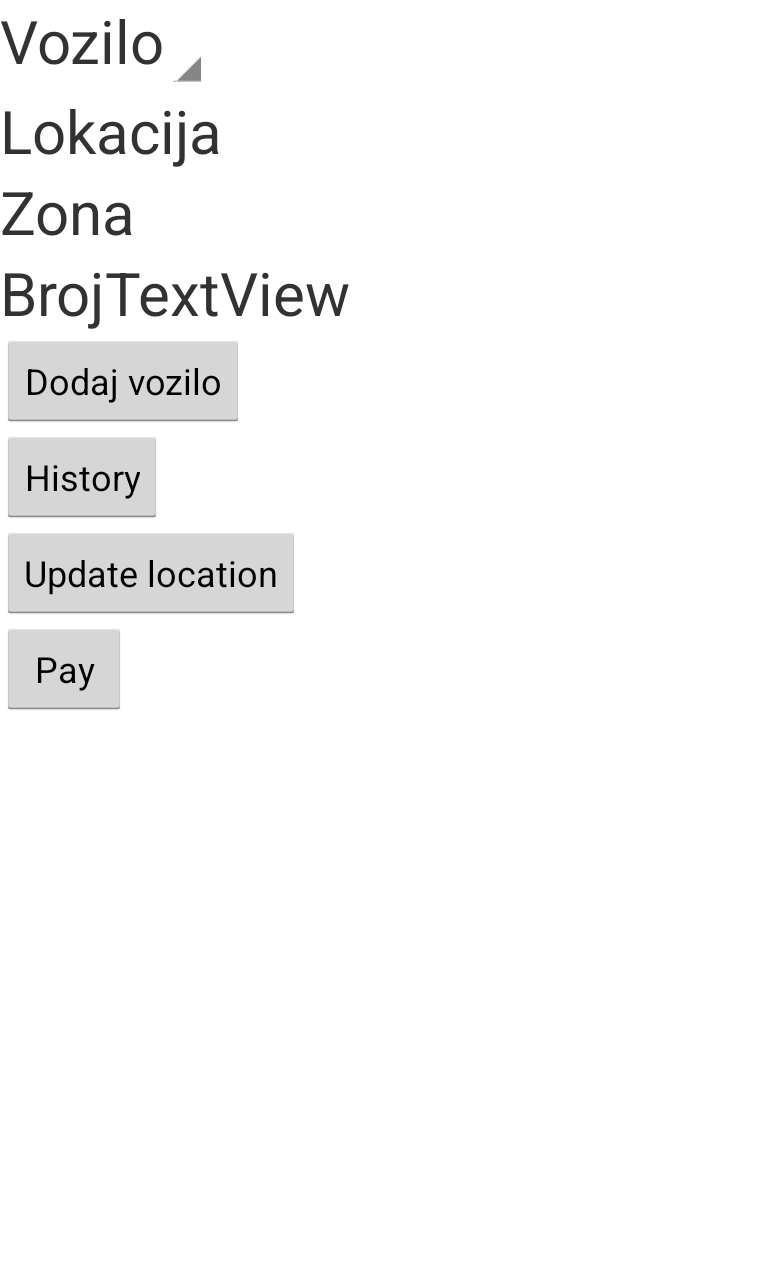
Repository: Kondorcom/GPS_parking
Layout: GPSParking/res/layout/activity_main.xml
These files come from the project's save history. The layout is drawn as it stood at one moment and after the next save; the edit follows.
It is drawn on a 768 x 1280 px phone screen (xhdpi) without system bars, with theme AppTheme; the app's code is not run. The app's manifest (not shown) leaves right-to-left support off. So textAlignment, textDirection and layoutDirection are ignored, and left and right values win over start and end ones.

Above is the layout before, as saved 2016-05-16 10:52:30.

### GPSParking/res/layout/activity_main.xml
<LinearLayout xmlns:android="http://schemas.android.com/apk/res/android"
    xmlns:tools="http://schemas.android.com/tools"
    android:layout_width="match_parent"
    android:layout_height="match_parent"
    android:layout_margin="10dp"
    android:orientation="vertical" >

    <LinearLayout
        android:layout_width="match_parent"
        android:gravity="start"
        android:layout_height="wrap_content" >

        <TextView
            android:id="@+id/textView1"
            android:layout_width="wrap_content"
            android:layout_height="wrap_content"
            android:text="Vozilo"
            android:textSize="30sp" />

        <Spinner
            android:id="@+id/spinner1"
            android:layout_width="wrap_content"
            android:layout_height="45dp" />
    </LinearLayout>

    <LinearLayout
        android:id="@+id/LinearLayout4"
        android:layout_width="match_parent"
        android:layout_height="wrap_content" >

        <TextView
            android:id="@+id/textView2"
            android:layout_width="wrap_content"
            android:layout_height="wrap_content"
            android:text="@string/lokacija"
            android:textSize="30sp" />

        <TextView
            android:id="@+id/textView4"
            android:layout_width="wrap_content"
            android:layout_height="wrap_content"
            android:layout_marginStart="10dp"
            android:layout_weight="0.04"
            android:text=""
            android:textSize="30sp" />

    </LinearLayout>

    <LinearLayout
        android:layout_width="match_parent"
        android:layout_height="wrap_content" >

        <TextView
            android:id="@+id/textView3"
            android:layout_width="wrap_content"
            android:layout_height="wrap_content"
            android:text="@string/zona"
            android:textSize="30sp" />

        <TextView
            android:id="@+id/textView5"
            android:layout_width="wrap_content"
            android:layout_height="wrap_content"
            android:layout_marginLeft="20dp"

            android:text=""
            android:textSize="30sp" />

    </LinearLayout>

    <LinearLayout
        android:layout_width="match_parent"
        android:layout_height="wrap_content" >

        <LinearLayout
            android:layout_width="wrap_content"
            android:layout_height="match_parent" >

            <TextView
                android:id="@+id/textView6"
                android:layout_width="wrap_content"
                android:layout_height="wrap_content"
                android:text="@string/broj"
                android:textSize="30sp" />
        </LinearLayout>

        <TextView
            android:id="@+id/textView7"
            android:layout_width="wrap_content"
            android:layout_height="wrap_content"
            android:text="TextView"
            android:textSize="30sp" />
    </LinearLayout>

    <LinearLayout
        android:layout_width="match_parent"
        android:layout_height="wrap_content" >

        <Button
            android:id="@+id/button5"
            android:layout_width="wrap_content"
            android:layout_height="wrap_content"
            android:text="@string/addVozilo2"
            android:onClick="gotoDodaj"
             />

    </LinearLayout>

    <LinearLayout
        android:layout_width="match_parent"
        android:layout_height="wrap_content"
        android:orientation="vertical" >

        <Button
            android:id="@+id/button2"
            android:layout_width="wrap_content"
            android:layout_height="wrap_content"
            android:onClick="gotoHistory"
            android:text="@string/history" />
    </LinearLayout>

    <Button
        android:id="@+id/button4"
        android:layout_width="wrap_content"
        android:layout_height="wrap_content"


        android:text="@string/update" />

    <LinearLayout
        android:layout_width="match_parent"
        android:layout_height="wrap_content"
        android:orientation="vertical" >

        <Button
            android:id="@+id/button3"
            android:layout_width="wrap_content"
            android:layout_height="wrap_content"
            android:text="@string/pay" />

    </LinearLayout>

</LinearLayout>

### GPSParking/res/values/strings.xml
<?xml version="1.0" encoding="utf-8"?>
<resources>

    <string name="app_name">GPS Parking</string>
    <string name="hello_world">Hello world!</string>
    <string name="action_settings">Settings</string>
    <string name="lokacija">Lokacija</string>
    <string name="Plus">+</string>
    <string name="addVozilo">Ime vozila</string>
    <string name="addTablica">Registracija</string>
    <string name="addVozilo2">Dodaj vozilo</string>
    <string name="history">History</string>
    <string name="update">Update location</string>
    <string name="pay">Pay</string>
    <string name="zona">Zona</string>
    <string name="broj">Broj</string>
    <string name="title_activity_vozilo">VoziloActivity</string>
    <string name="Vehicle">Vehicle</string>
    <string name="Plate">Plate</string>
    <string name="City">City</string>
    <string name="Zone">Zone</string>
    <string name="Date">Date</string>
    <string name="Time">Time</string>
    <string name="hint_vehicle">Vehicle name</string>
    <string name="hint_registration">Registration</string>

</resources>

Loaded but not shown: GPSParking/res/values/styles.xml (common file); GPSParking/res/values-v11/styles.xml (common file); GPSParking/res/values-v14/styles.xml (common file)

After the next save:
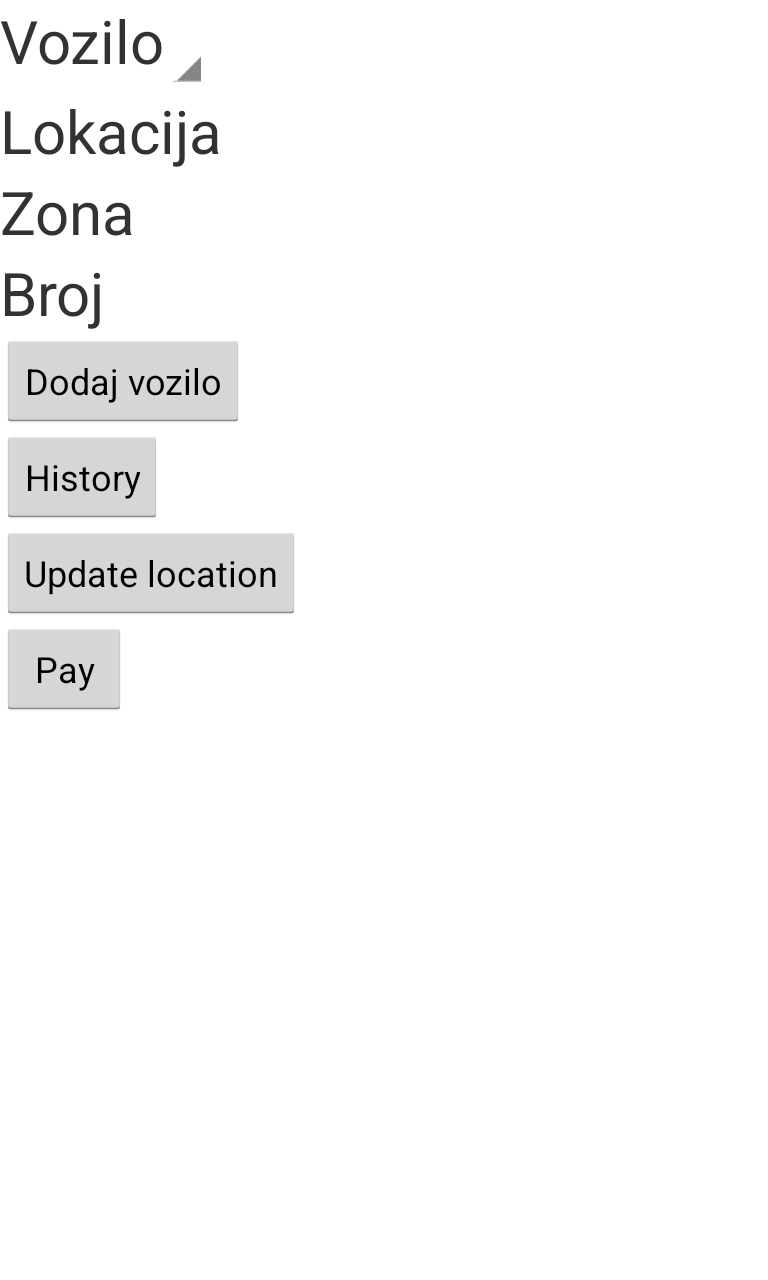
Saved 15 s later.
--- a/GPSParking/res/layout/activity_main.xml
+++ b/GPSParking/res/layout/activity_main.xml
@@ -88,7 +88,7 @@
             android:id="@+id/textView7"
             android:layout_width="wrap_content"
             android:layout_height="wrap_content"
-            android:text="TextView"
+            android:text=""
             android:textSize="30sp" />
     </LinearLayout>
 
